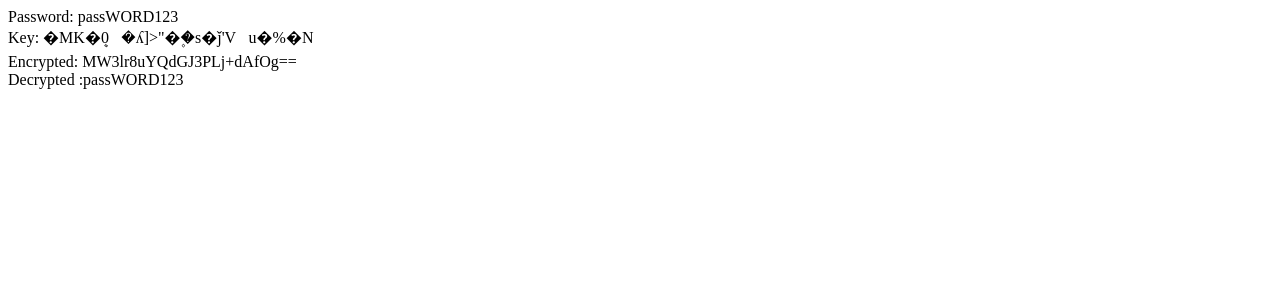
Repository: JoeyTatu/AWSCloud9Backup-business_app_dev
Page: http://localhost/user_register_login/testing_AES.php
The author's editor kept a record of every edit. The page is drawn from the files as they stood at one moment, then again after the next edit.
The browser window is 1280 px wide. The pictures show the whole page.
The page is run by PHP 8.4 with error messages shown; the project is at /var/www/html/.

Above is the page before.

### user_register_login/testing_AES.php
<?php

/* This page is for testing only*/
/* @ref: https://gist.github.com/odan/138dbd41a0c5ef43cbf529b03d814d7c & edited by Feeney, K.*/

$entered_password = 'passWORD123';
$key = '3sc3RLrpd17'; //code to lock and unlock password
$method = 'aes-256-cbc';

// Must be exact 32 chars (256 bit)
$key = substr(hash('sha256', $key , true), 0, 32);
echo "Password: ".$entered_password. "<br>";
echo "Key: " . $key . "<br>"; // key converted into something that is not viewable normally

// IV must be exact 16 chars (128 bit)
$iv = chr(0x0) . chr(0x0) . chr(0x0) . chr(0x0) . chr(0x0) . chr(0x0) . chr(0x0) . chr(0x0) . chr(0x0) . chr(0x0) . chr(0x0) . chr(0x0) . chr(0x0) . chr(0x0) . chr(0x0) . chr(0x0);

// av3DYGLkwBsErphcyYp+imUW4QKs19hUnFyyYcXwURU=
$encrypted = base64_encode(openssl_encrypt($entered_password , $method, $key, OPENSSL_RAW_DATA, $iv));

// My secret message 1234
$decrypted = openssl_decrypt(base64_decode($encrypted), $method, $key, OPENSSL_RAW_DATA, $iv);


echo "Encrypted: ".$encrypted.
        "<br> Decrypted :".$decrypted;

/*echo '<br><br>';
echo 'plaintext=' . $plaintext . "\n";
echo 'cipher=' . $method . "\n";
echo 'encrypted to: ' . $encrypted . "\n";
echo 'decrypted to: ' . $decrypted . "\n\n";*/
?>

After the next edit:
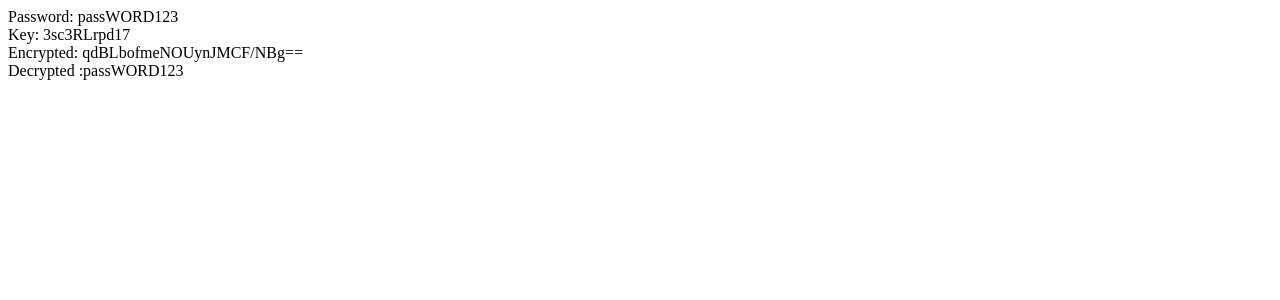
The edit:
--- a/user_register_login/testing_AES.php
+++ b/user_register_login/testing_AES.php
@@ -8,7 +8,7 @@
 $method = 'aes-256-cbc';
 
 // Must be exact 32 chars (256 bit)
-$key = substr(hash('sha256', $key , true), 0, 32);
+/*$key = substr(hash('sha256', $key , true), 0, 32);*/ /* Can't use this, as the key will be used on two different pages, so it would be needed to be known*/
 echo "Password: ".$entered_password. "<br>";
 echo "Key: " . $key . "<br>"; // key converted into something that is not viewable normally
 
